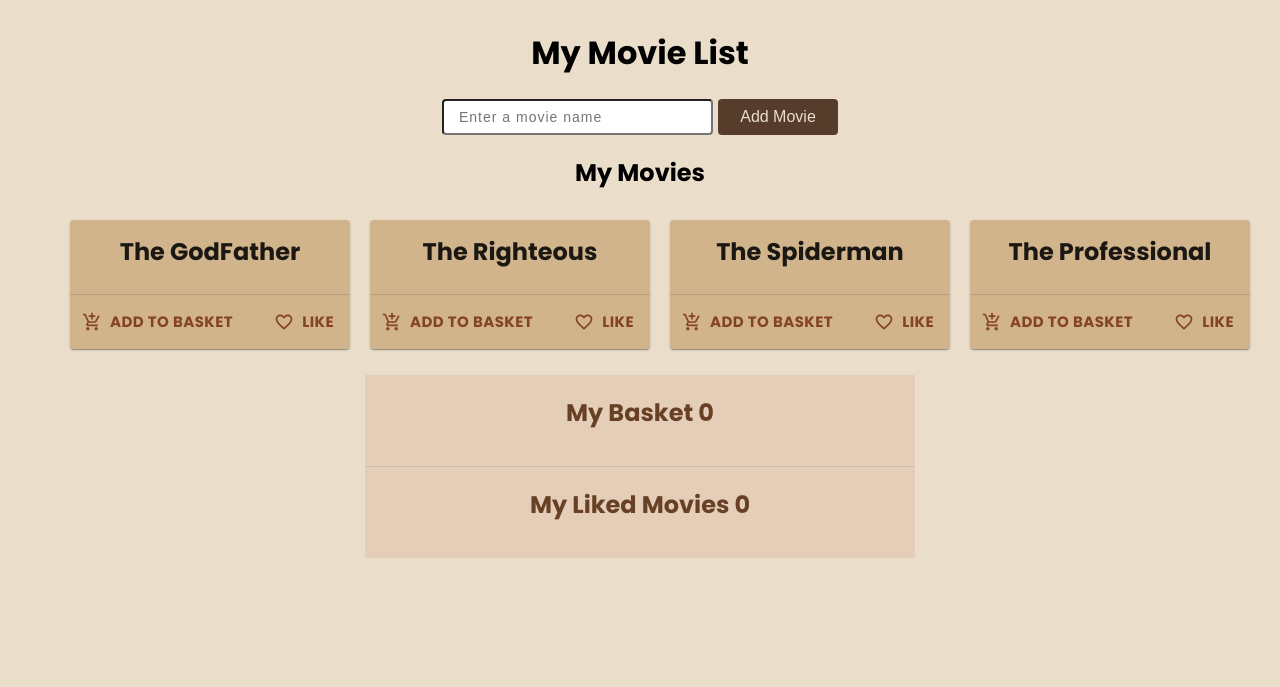
Repository: sinchana-p-iVoyant/redux-movie-store
Page: /
The author's editor kept a copy of each file at every save. The page is drawn from the files as they stood at one save, then again after a run of saves.
The browser window is 1280 px wide. The pictures show the whole page.
The project was rebuilt for these pictures with package versions that can differ from the ones it lists, and the page was loaded fresh each time. Also part of the build but not shown: vite.config.ts.

Above is the page before, as saved 2024-02-15 13:25:25.

### index.html
<!doctype html>
<html lang="en">
  <head>
    <meta charset="UTF-8" />
    <link rel="icon" type="image/svg+xml" href="/vite.svg" />
    <meta name="viewport" content="width=device-width, initial-scale=1.0" />
    <title>Redux Movie Store</title>
  </head>
  <body>
    <div id="root"></div>
    <script type="module" src="/src/main.tsx"></script>
  </body>
</html>

### src/main.tsx
import React from 'react'
import ReactDOM from 'react-dom/client'
import App from './App.tsx'
// import './index.css'
import store from './store/index';
import { Provider } from 'react-redux'


ReactDOM.createRoot(document.getElementById('root')!).render(
  <React.StrictMode>
    <Provider store={store}>
      <App />
    </Provider>
  </React.StrictMode>,
)

### src/App.tsx
import { useState } from "react";
// import './App.css'
import { useSelector, useDispatch } from "react-redux";
import {Movie} from './store/index'
import {Card, CardComponent, CardActions, Button, Typography, CardContent} from '@mui/material'
import { Favorite, FavoriteBorder, AddShoppingCart, RemoveShoppingCart } from "@mui/icons-material";
import './App.css'

const App = () => {
  const [movieTitle, setMovieTitle] = useState("");

  // 🔥 a. To Trigger from UI.
  const dispatch = useDispatch();

  // 🔥 b. To update the UI, based on state updates in the store.

  // movies state (array)
  // const movies = useSelector(state => state.movies)
  // ------> return value: state.movies

  // Note:
  // The function passed to `useSelector` selects a slice of the state that we are interested in.
  // The function parameter specifies the `structure` of the Redux state object.
  // It's `type` annotated in TypeScript to ensure the type safety.
  // specifying the structure of the Redux state object using TypeScript type annotations enhances code quality, readability, and maintainability while providing additional safety checks and tooling support during development.

  const movies = useSelector(
    (state : {
      movies: { title: string; liked: boolean; inBasket: boolean }[];
    }) => state.movies
  );

  // const basket = useSelector((state) => state.basket);
  const basket = useSelector((state: { basket: string[] }) => state.basket);

  // const likedMovies = useSelector((state) => state.likedMovies);
  const likedMovies = useSelector((state: { likedMovies: string[] }) => state.likedMovies);


  // 4. Action Creator
  const handleAddMovie = () => {
    const newMovie = {
      title: movieTitle,
      inBasket: false,
      liked: false
    }
    dispatch({ type: "ADD_MOVIE", payload: newMovie });
    setMovieTitle(""); // Reset back to Empty String
  };

  const handleAddToBasket = (movie: string) => {
    dispatch({ type: "ADD_TO_BASKET", payload: movie });
  };
  const handleAddToLikedMovies = (movie: string) => {
    dispatch({ type: "ADD_TO_LIKED_MOVIE", payload: movie });
  };

  return (
    <div className="container">
      <div>
        <h1>My Movie List</h1>
      </div>
      <div className="add-movie">
        <input
          type="text"
          placeholder="Enter a movie name"
          value={movieTitle}
          onChange={(e) => setMovieTitle(e.target.value)}
        />
        <button className="input-btn" onClick={handleAddMovie}>Add Movie</button>
      </div>
      <div>
        <h2>My Movies</h2>
        <ul className="movie-list">
          {movies.map((movie: Movie, index) => (
            <Card key={index} className="movie-card" style={{backgroundColor: "#D2B48C"}}>
              <CardContent>
                <Typography variant="h5" component='h2' style={{ fontWeight: 'bold', fontFamily: 'Poppins, sans-serif' }}>
                  {movie.title}
                </Typography>
              </CardContent>

              <CardActions className="card-actions">
                <Button
                  style={{ color: '#844421', fontSize: '15px', fontWeight: 'bold', fontFamily: 'Poppins, sans-serif' }}
                  startIcon={movie.inBasket ? <RemoveShoppingCart /> : <AddShoppingCart />}
                  onClick={() => handleAddToBasket(movie.title)}>
                  {movie.inBasket ? "Remove From Basket" : "Add To Basket"}
                </Button>
                <Button
                  style={{ color: '#844421', fontSize: '15px', fontWeight: 'bold', fontFamily: 'Poppins, sans-serif' }}
                  startIcon={movie.liked ? <Favorite /> : <FavoriteBorder />}
                  onClick={() => handleAddToLikedMovies(movie.title)}>
                  {movie.liked ? "Dislike" : "Like"}
                </Button>
              </CardActions>

            </Card>
          ))}
        </ul>
      </div>
      <div className="basket-container">
        <h2>My Basket {basket.length}</h2>
        <ul className="basket-container-list">
          {basket.map((basket, index) => (
            <li key={index}>{basket}</li>
          ))}
        </ul>
      </div>
      <div className="liked-container">
        <h2>My Liked Movies {likedMovies.length}</h2>
        <ul className="liked-container-list">
          {likedMovies.map((likedMovie, index) => (
            <li key={index}>{likedMovie}</li>
          ))}
        </ul>
      </div>
    </div>
  );
};

export default App;

// 1. Save the new movie in the local state.
// 2. Add the new movie in local state to the Store.
// 3. Fetch the movies array, from the store

// 3. a. To display in - My Basket & My Liked Movies

### src/store/index.tsx
import { createStore } from "redux";

export type Movie = {
    title: string,
    inBasket: boolean,
    liked: boolean
}

export type State = {
    movies: Movie[],
    basket: string[],
    likedMovies: string[]
}

type Action =
  | { type: "ADD_MOVIE"; payload: Movie } |
    { type: 'ADD_TO_BASKET', payload: string } |
    { type: "ADD_TO_LIKED_MOVIE", payload: string };

// InitialState
const initialState: State = {
    movies: [
      {title: 'The GodFather', inBasket: false, liked: false},
      {title: 'The Righteous', inBasket: false, liked: false},
      {title: 'The Spiderman', inBasket: false, liked: false},
      {title: 'The Professional', inBasket: false, liked: false},
    ],
    basket: [],
    likedMovies: []
}

// Reducers - Make Immutable Updates
const reducer = (state: State = initialState, action: Action): State => {
  switch (action.type) {
    case 'ADD_MOVIE':
      return {
        ...state,
        movies: [...state.movies, action.payload]
      }
    case 'ADD_TO_BASKET':
      return {
        ...state,
          movies: state.movies.map(movie => movie.title === action.payload ? {...movie, inBasket: !movie.inBasket } : movie),
        basket: state.basket.includes(action.payload) ? state.basket.filter(movie => movie !== action.payload) : [...state.basket, action.payload]
      }
    case 'ADD_TO_LIKED_MOVIE':
      return {
        ...state,
        movies: state.movies.map(movie => movie.title === action.payload ? {...movie, liked: !movie.liked} : movie) ,
        likedMovies: state.likedMovies.includes(action.payload) ? state.likedMovies.filter(movie => movie !== action.payload) :  [...state.likedMovies, action.payload]
      }
    default:
      return state
  }
}

// Store
const store = createStore(reducer)
export default store

// 1. State
// 2. Reducer
// 3. Store

### src/App.css
@import url('https://fonts.googleapis.com/css2?family=Poppins:ital,wght@0,100;0,200;0,300;0,400;0,500;0,600;0,700;0,800;0,900;1,100;1,200;1,300;1,400;1,500;1,600;1,700;1,800;1,900&display=swap');

body {
  background-color: #EADDCA;
  font-family: "Poppins", sans-serif;
}

h1, h2{
  text-align: center;
}

.container {
  display: flex;
  flex-direction: column;
  align-items: center;
  justify-content: center;
}

.movie-list {
  display: flex;
  flex-wrap: wrap;
  justify-content: center;
}

.movie-card {
  width: 280px;
  margin: 10px;
}

.card-content {
  padding: 16px;
  font-family: "Poppins", sans-serif;
}

.card-actions {
  margin-top: 10px;
  border-top: 1px solid rgba(0, 0, 0, 0.119);
  display: flex;
  justify-content: space-between;
}

/* .btn {
  color: black;
  font-size: 15px;
  font-weight: bold;
} */
.buttonHover:hover {
  background-color: #e0e0e0;
}

/* --- */

input {
  height: 30px;
  width: 250px;
  padding-left: 15px;
  font-size: 14px;
  letter-spacing: 1px;
  border-radius: 4px;
}

.input-btn{
  height: 36px;
  width: 120px;
  font-size: 16px;
  background-color: #553c2b;
  border: none;
  color: #EADDCA;
  margin-left: 5px;
  border-radius: 4px;

}

.input-btn:hover{
  background-color: #ad9a82;
  color: #261509 ;

}

/* ------------------- */

.basket-container {
  ma
}

.basket-container, .liked-container {
  background-color: #c2805c2a;
  width: 550px;
  /* text-align: center; */
}

.basket-container>h2, .liked-container>h2 {
  color: rgb(104, 64, 38);
}

.basket-container {
  border-bottom: 1px solid rgba(0, 0, 0, 0.085);
}

.basket-container-list, .liked-container-list {
  /* text-align: left; */
  display: flex;
  flex-direction: column;
  justify-content: center;
  align-items: left;

  margin-left: 180px;
}

.basket-container-list li, .liked-container-list li {
  color: rgb(104, 64, 38);
  font-weight: 400;
}



/* #root {
  max-width: 1280px;
  margin: 0 auto;
  padding: 2rem;
  text-align: center;
} */

/*
.logo {
  height: 6em;
  padding: 1.5em;
  will-change: filter;
  transition: filter 300ms;
}
.logo:hover {
  filter: drop-shadow(0 0 2em #646cffaa);
}
.logo.react:hover {
  filter: drop-shadow(0 0 2em #61dafbaa);
}

@keyframes logo-spin {
  from {
    transform: rotate(0deg);
  }
  to {
    transform: rotate(360deg);
  }
}

@media (prefers-reduced-motion: no-preference) {
  a:nth-of-type(2) .logo {
    animation: logo-spin infinite 20s linear;
  }
}

.card {
  padding: 2em;
}

.read-the-docs {
  color: #888;
} */

/* ------------------------- */

After the next 2 saves:
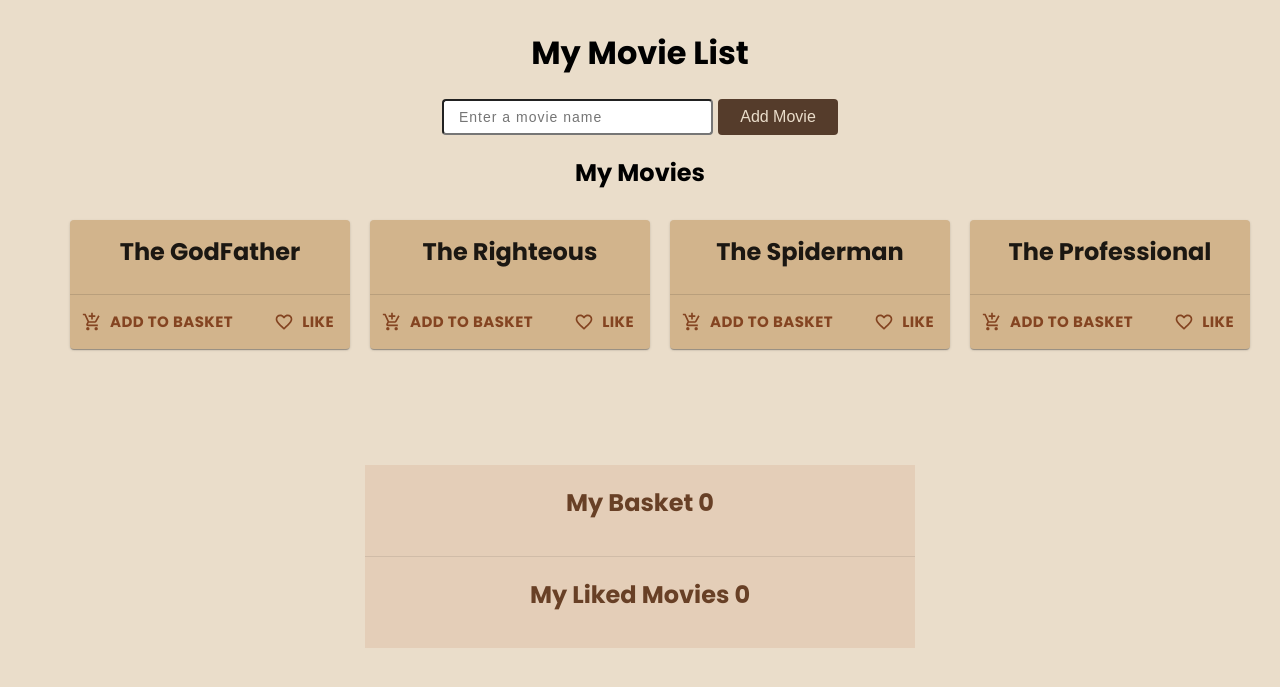
The 2 saves are shown as one change because they came seconds apart.
The last was saved 7 s later.
--- a/src/App.css
+++ b/src/App.css
@@ -80,7 +80,7 @@ input {
 /* ------------------- */
 
 .basket-container {
-  ma
+  margin-top: 90px;
 }
 
 .basket-container, .liked-container {
